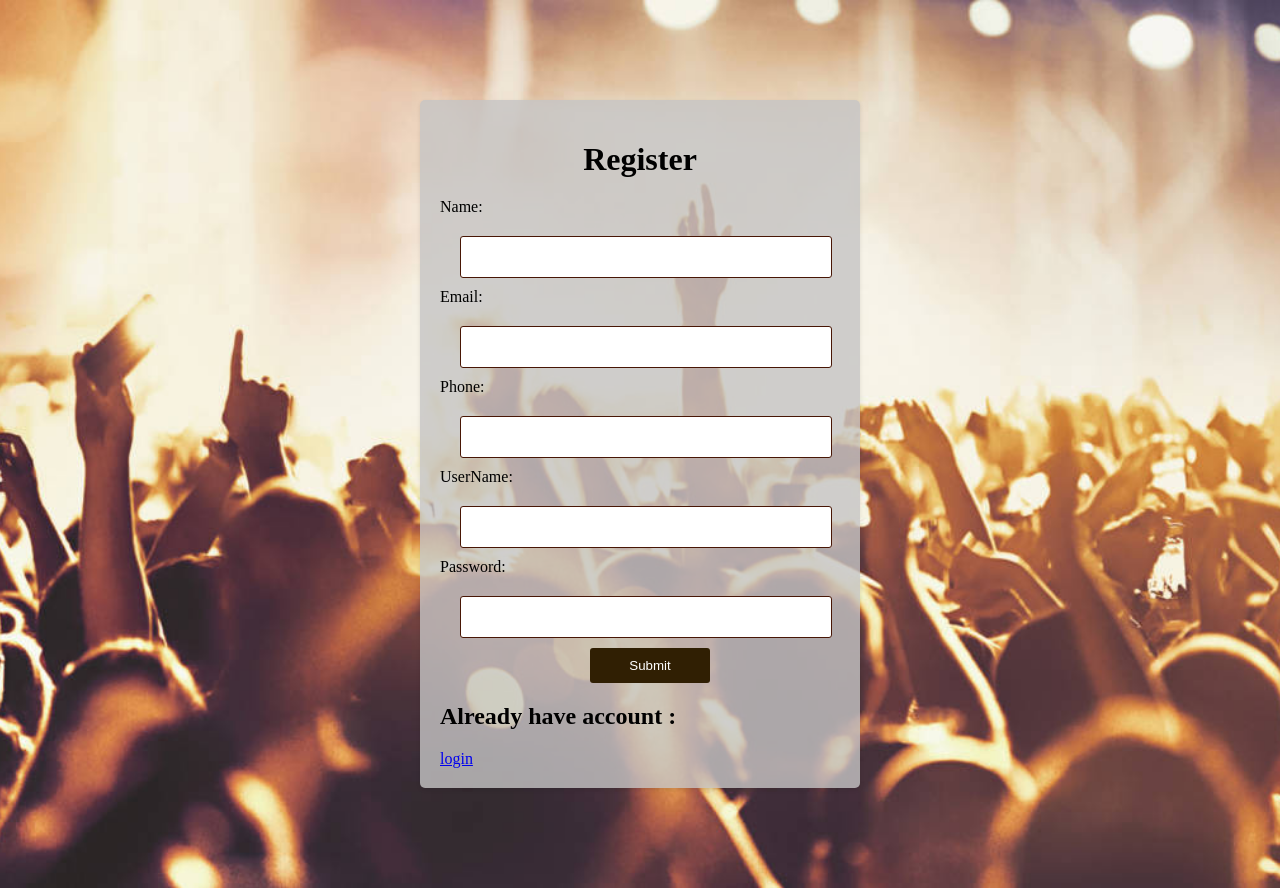
Repository: Dulankayapa/2ndyearoopprojrct
Page: http://localhost/feedback/Registration.jsp
An editor plug-in stored every save of this project. The page is shown before and after the next save, followed by the edit.
The browser window is 1280 px wide. The pictures show the whole page.
The page is served by Tomcat 9.

Above is the page before, as saved 2023-10-23 11:53:25.

After the next save:
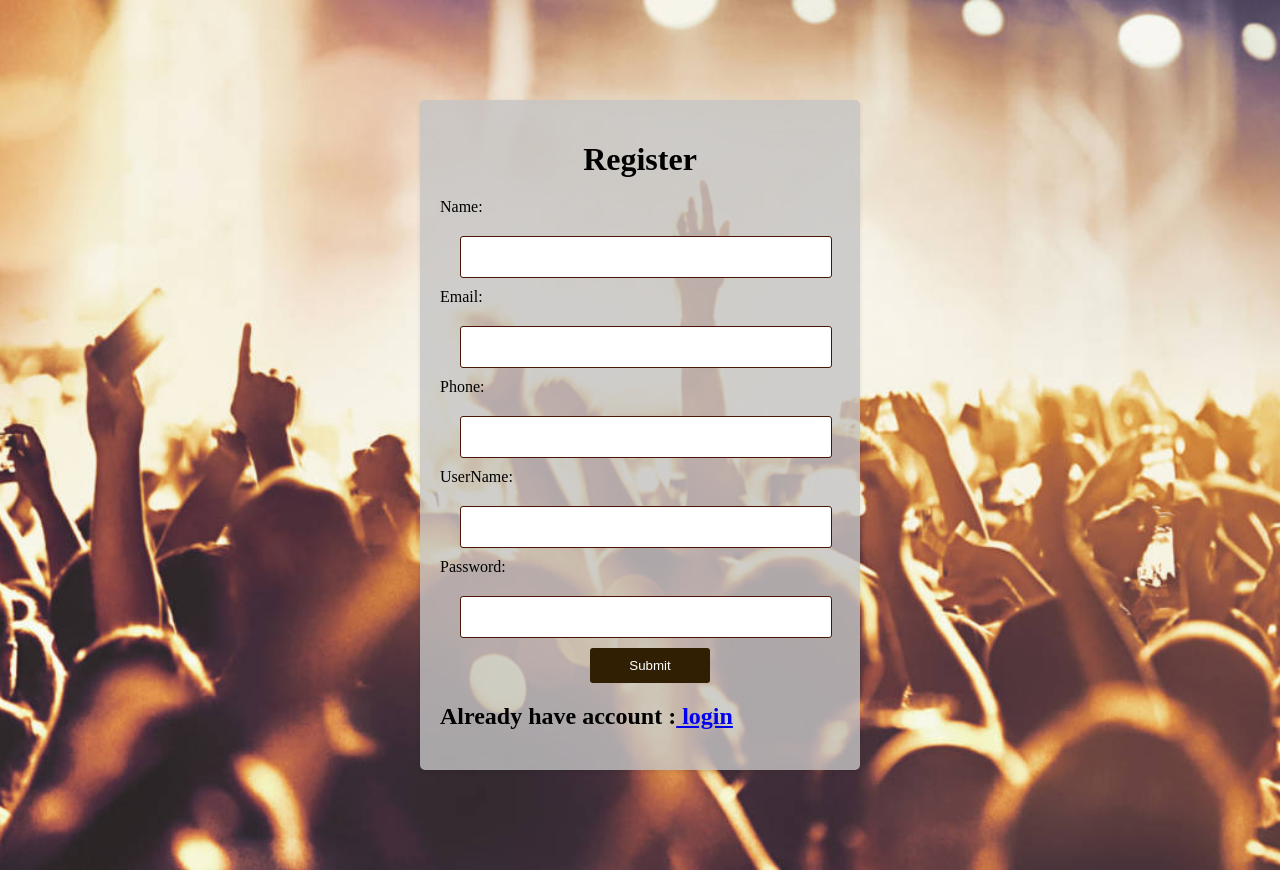
Saved 19 s later.
--- a/feedback/src/main/webapp/Registration.jsp
+++ b/feedback/src/main/webapp/Registration.jsp
@@ -69,7 +69,7 @@
 		Password:<input type = "password" name = "Password" required><br>
 
 		<input type = "submit" value = "Submit">
-		<h2>Already have account :</h2><a href="login.jsp"> login</a>
+		<h2>Already have account :<a href="login.jsp"> login</a></h2>
 
 	</form>
 </body>
